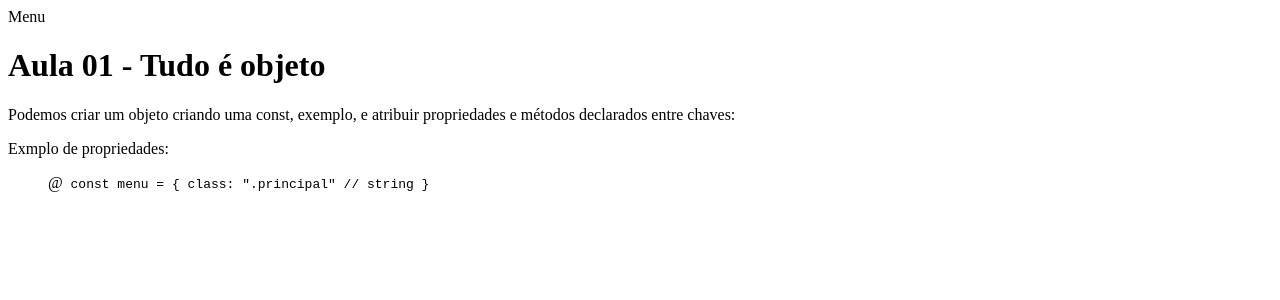
Repository: rvlyra/Js-Estudos-Aplicados
Page: Js - Estudos Aplicados/01-Tudo_e_objeto/index.html
The author's editor kept a copy of each file at every save. The page is drawn from the files as they stood at one save, then again after the next save.
The browser window is 1280 px wide. The pictures show the whole page.

Above is the page before, as saved 2022-07-05 20:19:23.

After the next save:
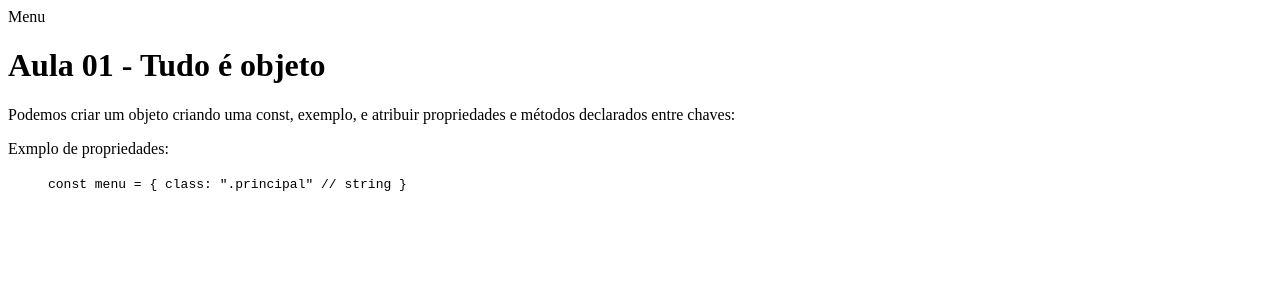
Saved 5 s later.
--- a/Js - Estudos Aplicados/01-Tudo_e_objeto/index.html
+++ b/Js - Estudos Aplicados/01-Tudo_e_objeto/index.html
@@ -18,7 +18,7 @@
         Exmplo de propriedades:
 
         <blockquote>
-            @<code>
+            <code>
 
                 const menu = {
                     class:  ".principal" // string
